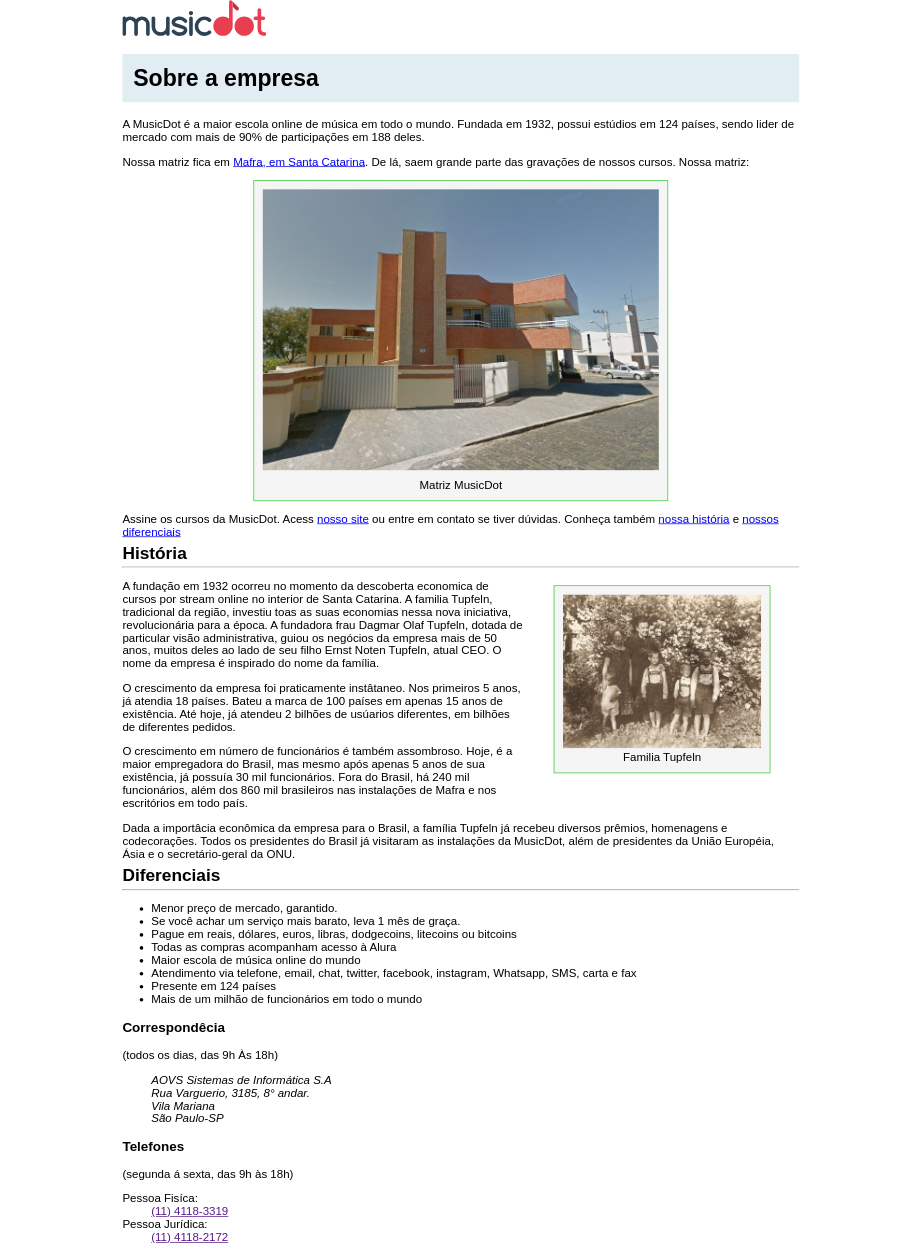
Repository: EmanuelUrbano/introducao_a_tecnologias
Page: 05_04_22/trabalho/projeto-musicdot/sobre.html
An editor plug-in stored every save of this project. The page is shown before and after the next save, followed by the edit.
The browser window is 1280 px wide. The pictures show the whole page, at 72% of full size.

Above is the page before, as saved 2022-05-23 17:46:16.

After the next save:
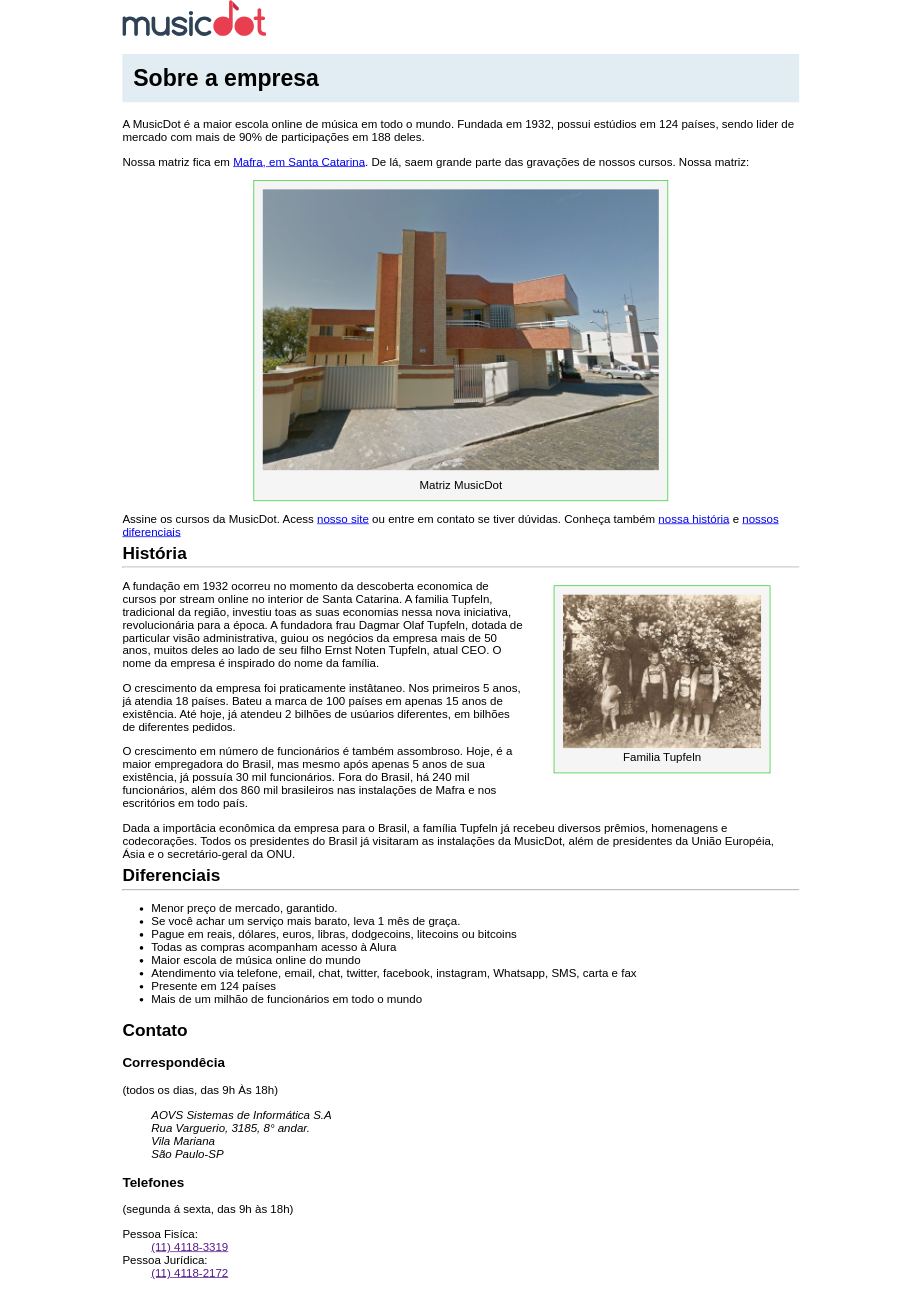
Saved 53 min 54 s later.
--- a/05_04_22/trabalho/projeto-musicdot/sobre.html
+++ b/05_04_22/trabalho/projeto-musicdot/sobre.html
@@ -89,6 +89,7 @@
     </section>
     <section>
         <!--titulo da pagina(seção)-->
+        <h1>Contato</h1>
         <h3>
             <!--texto forte-->
             Correspondêcia
